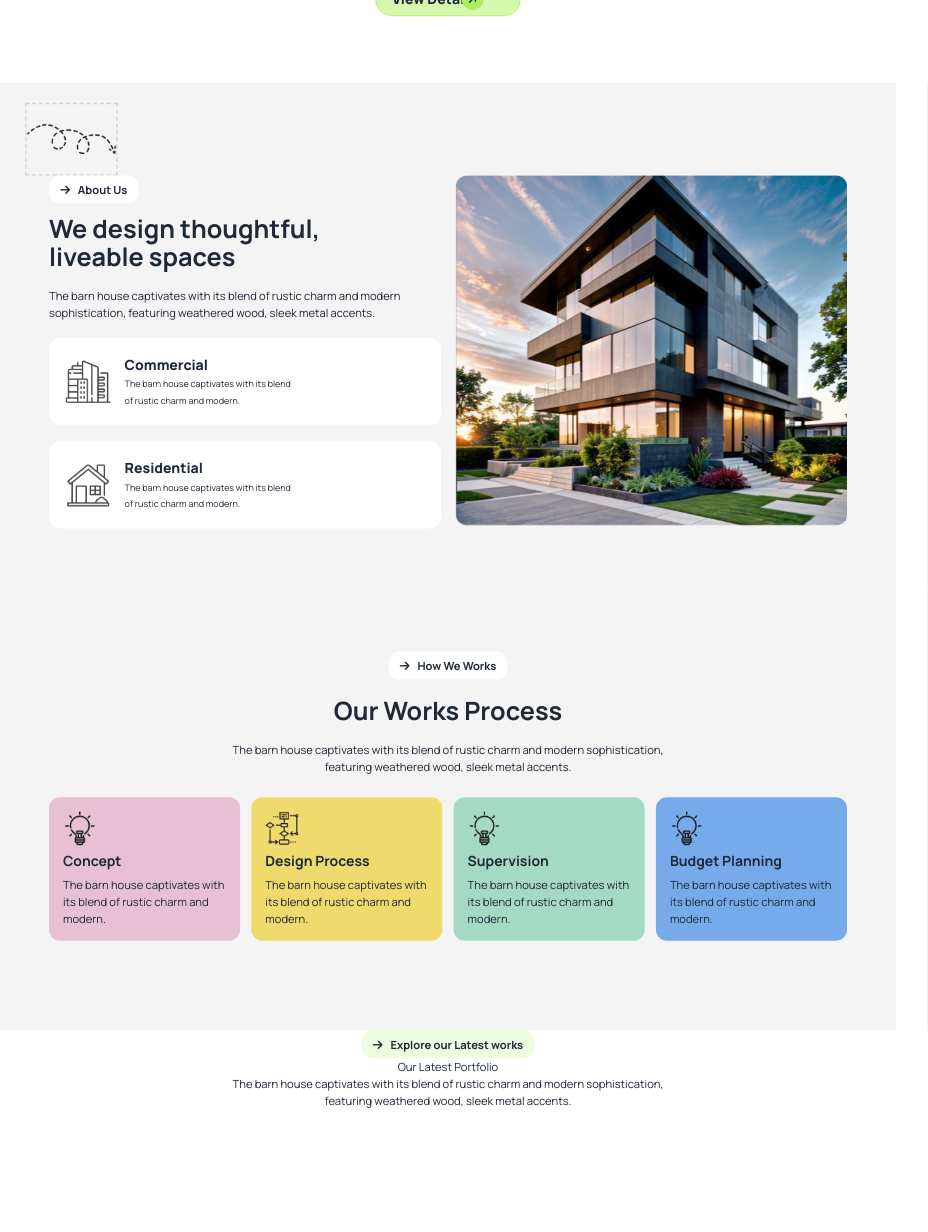
Repository: Tanvir4312/assignment-03
Page: index.html
An editor plug-in stored every save of this project. The page is shown before and after the next save, followed by the edit.
The browser window is 1280 px wide. The page is 1325 px wide, so the pictures cover 1325 px, including what lies to the right of the window. The pictures show the part of the page from y = 827 to 2667 px (the page is 2587 px tall before and 2667 px after), at 70% of full size.
Some web libraries are served in a nearby version.

Above is the page before, as saved 2024-10-30 18:07:00.

### index.html
<!DOCTYPE html>
<html lang="en">

<head>
    <meta charset="UTF-8">
    <meta name="viewport" content="width=device-width, initial-scale=1.0">
    <title>Renterio</title>
    <link rel="stylesheet" href="styles/styles.css">
    <!-- DaisyUI -->
    <link href="https://cdn.jsdelivr.net/npm/daisyui@4.12.14/dist/full.min.css" rel="stylesheet" type="text/css" />
    <script src="https://cdn.tailwindcss.com"></script>
    <!-- Icon -->
    <link rel="stylesheet" href="https://cdnjs.cloudflare.com/ajax/libs/font-awesome/6.6.0/css/all.min.css"
        integrity="sha512-Kc323vGBEqzTmouAECnVceyQqyqdsSiqLQISBL29aUW4U/M7pSPA/gEUZQqv1cwx4OnYxTxve5UMg5GT6L4JJg=="
        crossorigin="anonymous" referrerpolicy="no-referrer" />

    <script>
        tailwind.config = {
            theme: {
                extend: {
                    colors: {
                        clifford: '#da373d',
                        bgBtnColor: '#ABEF5F',
                        btnTextAndWorksTextColor: '#1C1C1C',
                        mainColor: '#212121',
                        secondaryColor: '#494949',

                    }
                }
            }
        }
    </script>
</head>

<body class="manrope-font">
    <header>
        <!-- Navbar -->
        <nav class="container mx-auto">
            <div class="navbar relative py-14">
                <div class="navbar-start">
                    <div class="absolute right-0">
                        <div class="dropdown">
                            <div tabindex="0" role="button"
                                class="btn btn-ghost mr-2 lg:hidden border border-[rgba(233,233,233)] rounded-full bg-[#f9f8f8]">
                                <svg xmlns="http://www.w3.org/2000/svg" class="h-5 w-5" fill="none" viewBox="0 0 24 24"
                                    stroke="currentColor">
                                    <path stroke-linecap="round" stroke-linejoin="round" stroke-width="2"
                                        d="M4 6h16M4 12h8m-8 6h16" />
                                </svg>
                            </div>
                            <div class="absolute -left-20">
                                <ul tabindex=""
                                    class="menu menu-sm dropdown-content bg-base-100 rounded-box z-[1] p-2 shadow w-32">
                                    <li><a>Home</a></li>
                                    <li><a>Services</a></li>
                                    <li><a>Portfolio</a></li>
                                    <li><a>Blogs</a></li>
                                    <li><a>Contact Us</a></li>
                                </ul>
                            </div>
                        </div>
                    </div>
                    <i class="fa-solid fa-arrow-right -rotate-45 bg-bgBtnColor p-2 rounded-full	"></i>
                    <a class="btn btn-ghost font-extrabold text-3xl pl-2">Renterio</a>
                </div>
                <div class="navbar-center hidden lg:flex">
                    <ul class="menu menu-horizontal px-1">
                        <li><a class="font-extrabold">Home</a></li>
                        <li><a>Services</a></li>
                        <li><a>Portfolio</a></li>
                        <li><a>Blogs</a></li>
                        <li><a>Contact Us</a></li>
                    </ul>
                </div>

                <div class="navbar-end hidden md:block">
                    <div class="flex justify-end">
                        <div class="flex items-center gap-3 mr-2">
                            <div class="px-3 py-1 border border-[rgba(233,233,233)] rounded-full bg-[#f9f8f8]">
                                <i class="fa-solid fa-magnifying-glass"></i>
                            </div>
                            <div class="px-3 py-1 border border-[rgba(233,233,233)] rounded-full bg-[#f9f8f8]">
                                <i class="fa-solid fa-cart-shopping"></i>
                            </div>
                        </div>
                        <div class="relative ">
                            <button class="btn bg-bgBtnColor rounded-3xl pr-14 text-lg font-semibold">Book
                                Consult</button>
                            <i
                                class="fa-solid fa-arrow-right -rotate-45 bg-black text-white p-2 rounded-full absolute top-2 right-4 "></i>
                        </div>
                    </div>
                </div>
            </div>
        </nav>
        <!-- Banner -->
        <section class="banner text-center">
            <!-- Banner Image -->
            <div class="flex justify-center px-14">
                <img src="./assets/banner.png" alt="">
            </div>
            <!-- Banner Text -->
            <div class="mt-6">
                <h1 class="text-3xl md:text-6xl font-extrabold md:leading-[80px]">A barn house of this design
                    has a <br>striking appearance
                </h1>
                <p class="mt-6 mb-8 px-5">The barn house captivates with its blend of rustic charm and modern
                    sophistication,
                    featuring weathered wood, sleek metal <br> accents, and large windows that flood the space with
                    natural light.</p>
                <!-- Banner Button -->
                <div class="relative flex px-2 md:justify-center md:items-center">
                    <div class="w-full text-start md:text-center">
                        <button
                            class="btn border border-[rgba(171,239,95)] bg-[rgba(171,239,95,0.5)] rounded-3xl mainColor text-xl font-extrabold pr-14 l w-full md:w-52">View
                            Details</button>
                    </div>
                    <div>
                        <i
                            class="fa-solid fa-arrow-right -rotate-45 bg-bgBtnColor p-2 rounded-full absolute bottom-2 right-[590px]"></i>

                        <i
                            class="md:hidden absolute top-3 right-20 fa-solid fa-arrow-right -rotate-45 bg-bgBtnColor p-2 rounded-full"></i>
                    </div>
                </div>
            </div>
        </section>
    </header>

    <main class="bg-[#F4F4F4]">
        <!-- Commercial and Residential Section -->
        <section class="bg-[#F4F4F4] md:my-24 my-5 pt-7 pb-5 md:pb-20">
            <!-- Vector Image -->
            <img class="hidden md:block border-dashed border-2 border-slate-300 py-7 ml-9" src="./assets/Vector.png"
                alt="">
            <div class="md:w-[1140px] mx-auto grid md:grid-cols-2 grid-cols-1 gap-5 p-4 md:p-0">
                <div>
                    <!-- About Us Button -->
                    <div class="flex justify-center md:flex-col">
                        <div class="bg-white w-32 py-2 px-4 rounded-2xl">
                            <i class="fa-solid fa-arrow-right pr-2"></i>
                            <button class="font-bold">About Us</button>
                        </div>
                    </div>
                    <!-- Text -->
                    <div class="mt-4 md:text-start text-center">
                        <h1 class="text-2xl md:text-4xl font-bold mainColor mb-6">We design thoughtful, <br> liveable
                            spaces
                        </h1>
                        <p class="secondaryColor">The barn house captivates with its blend of rustic charm and
                            modern sophistication, featuring weathered wood, sleek metal accents.</p>
                    </div>

                    <div class="flex md:items-center gap-5 my-6 bg-white p-6 rounded-2xl">
                        <!-- Image -->
                        <div>
                            <img src="./assets/commercial.png" alt="">
                        </div>
                        <!-- Text -->
                        <div>
                            <h3 class="text-xl font-extrabold">Commercial</h3>
                            <p><small>The barn house captivates with its blend <br> of rustic charm and modern.</small>
                            </p>
                        </div>
                    </div>
                    <div class="flex md:items-center gap-5 bg-white p-6 rounded-2xl">
                        <!-- Image -->
                        <div>
                            <img src="./assets/residential.png" alt="">
                        </div>
                        <!-- Text -->
                        <div>
                            <h3 class="text-xl font-extrabold">Residential</h3>
                            <p><small>The barn house captivates with its blend <br> of rustic charm and modern.</small>
                            </p>
                        </div>
                    </div>

                </div>
                <!-- Image -->
                <div>
                    <img class="h-60 w-full md:h-[500px]" src="./assets/Rectangle.png" alt="">
                </div>
            </div>
        </section>

        <!-- Works Process section -->
        <section class="md:w-[1140px] mx-auto px-4 md:px-0 md:pb-24">
            <!-- Works Button -->
            <div class="flex justify-center">
                <div class="bg-white py-2 px-4 rounded-2xl">
                    <i class="fa-solid fa-arrow-right pr-2"></i>
                    <button class="font-bold">How We Works</button>
                </div>
            </div>
            <!-- Text -->
            <div class="text-center">
                <h1 class="py-4 md:py-6 text-2xl md:text-4xl font-bold">Our Works Process</h1>
                <p>The barn house captivates with its blend of rustic charm and modern sophistication, <br> featuring
                    weathered wood, sleek metal accents.</p>
            </div>
            <!-- Card -->
            <div class="card grid grid-cols-1 md:grid-cols-4 gap-4 my-8">
                <div class="bg-[rgba(231,193,211)] rounded-2xl p-5">
                    <img src="./assets/concept.png" alt="">
                    <h4 class="py-2 text-xl font-bold">Concept</h4>
                    <p>The barn house captivates with its blend of rustic charm and modern.</p>
                </div>
                <div class="bg-[rgba(239,218,110)] rounded-2xl p-5">
                    <img src="./assets/flow-chart.png" alt="">
                    <h4 class="py-2 text-xl font-bold">Design Process</h4>
                    <p>The barn house captivates with its blend of rustic charm and modern.</p>
                </div>
                <div class="bg-[rgba(164,218,195)] rounded-2xl p-5">
                    <img src="./assets/concept.png" alt="">
                    <h4 class="py-2 text-xl font-bold">Supervision</h4>
                    <p>The barn house captivates with its blend of rustic charm and modern.</p>
                </div>
                <div class="bg-[rgba(119,170,234)] rounded-2xl p-5">
                    <img src="./assets/concept.png" alt="">
                    <h4 class="py-2 text-xl font-bold">Budget Planning</h4>
                    <p>The barn house captivates with its blend of rustic charm and modern.</p>
                </div>
            </div>
        </section>
        <!-- Latest Portfolio Section -->
        <section class="md:bg-white h-72">
            <div class=" md:w-[1140px] mx-auto">
                <!-- Latest Works Button -->
                <div class="flex justify-center">
                    <div class="bg-[rgba(171,239,95,0.2)] py-2 px-4 rounded-2xl">
                        <i class="fa-solid fa-arrow-right pr-2"></i>
                        <button class="font-bold">Explore our Latest works</button>
                    </div>
                </div>
                <!-- Text -->
                <div class="text-center">
                    <h1>Our Latest Portfolio</h1>
                    <p>The barn house captivates with its blend of rustic charm and modern sophistication, <br>
                        featuring
                        weathered wood, sleek metal accents.</p>
                </div>
            </div>
        </section>
    </main>

</body>

</html>

### styles/styles.css
/* Font */
@import url('https://fonts.googleapis.com/css2?family=Manrope:wght@200..800&display=swap');


.manrope-font {
  font-family: "Manrope", sans-serif;


}

After the next save:
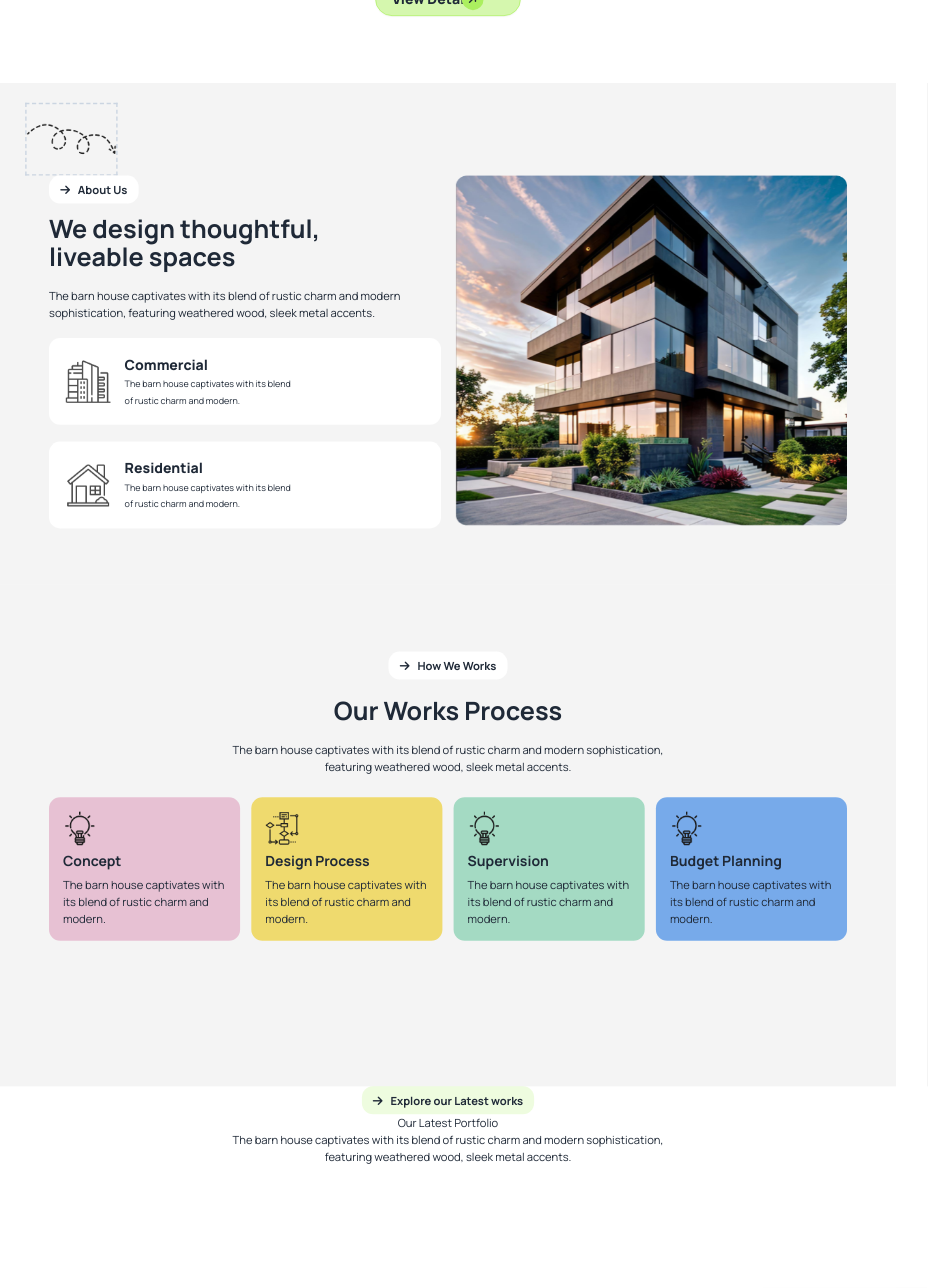
Saved 26 s later.
--- a/index.html
+++ b/index.html
@@ -225,7 +225,7 @@
         </section>
         <!-- Latest Portfolio Section -->
         <section class="md:bg-white h-72">
-            <div class=" md:w-[1140px] mx-auto">
+            <div class=" md:w-[1140px] mx-auto mt-20">
                 <!-- Latest Works Button -->
                 <div class="flex justify-center">
                     <div class="bg-[rgba(171,239,95,0.2)] py-2 px-4 rounded-2xl">
